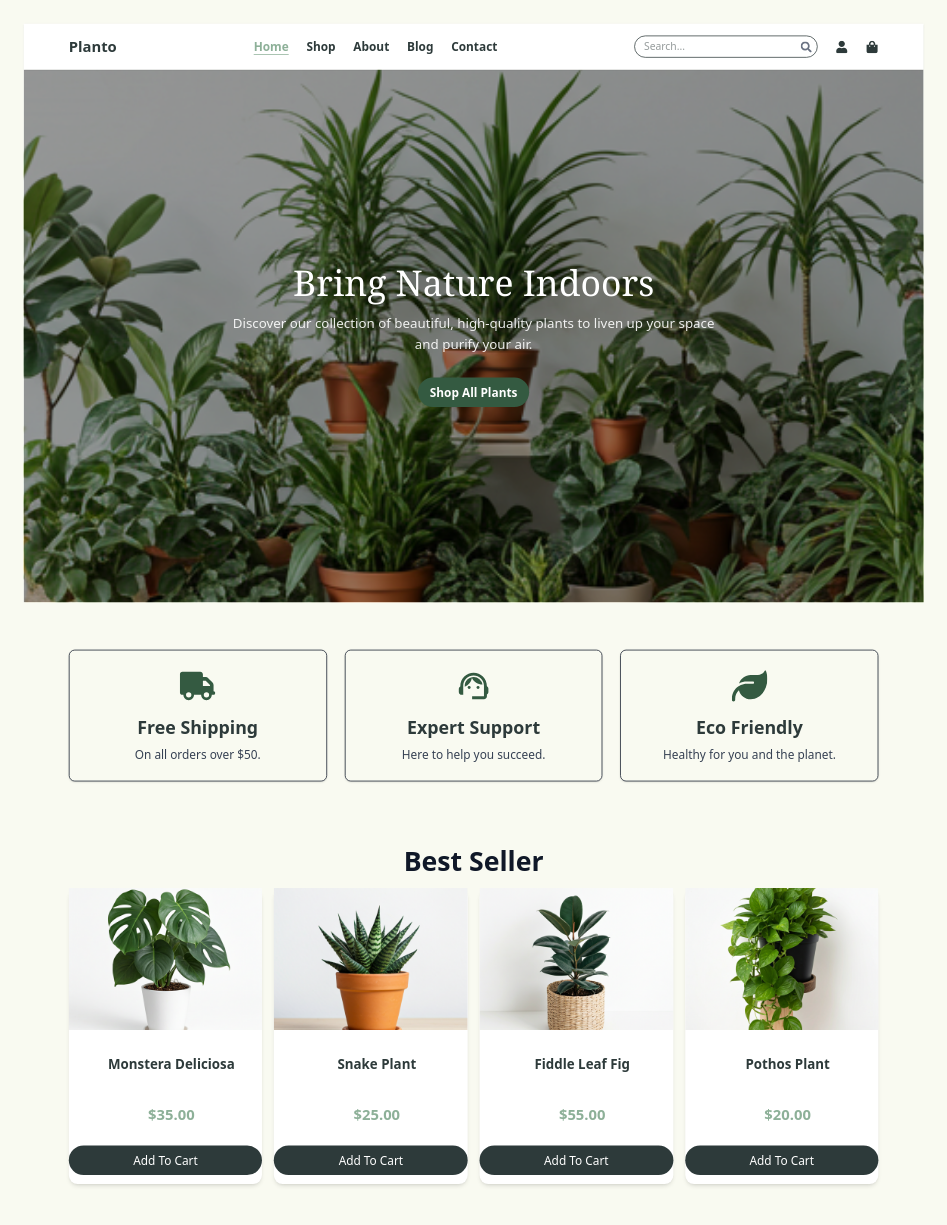
Repository: mazenessam99/Planto
Page: /
The author's editor kept a copy of each file at every save. The page is drawn from the files as they stood at one save, then again after a run of saves.
The browser window is 1280 px wide. The pictures show the whole page, at 74% of full size.
The project was rebuilt for these pictures with package versions that can differ from the ones it lists, and the page was loaded fresh each time. Also part of the build but not shown: vite.config.js.

Above is the page before, as saved 2025-11-22 23:18:14.

### index.html
<!doctype html>
<html lang="en">
  <head>
    <meta charset="UTF-8" />
    <link rel="icon" type="image/svg+xml" href="/vite.svg" />
    <meta name="viewport" content="width=device-width, initial-scale=1.0" />
    <title>plants_website</title>
  </head>
  <body>
    <div id="root"></div>
    <script type="module" src="/src/main.jsx"></script>
  </body>
</html>

### src/index.css
@import "tailwindcss";
@import "tailwindcss/theme" layer(theme);
@theme {
  --color-primary: #2D3A3A;
  --color-forest:#386641;
  --color-green:#345A41;
  --color-secondary: #8DB098;
  --color-Terracotta: #C27357;
  --color-sky:#B0D0D3;
  --font-cairo: "Cairo", sans-serif;
  --spacing-128: 32rem;
}

/* ----- BASE ----- */
@layer base {
  body {
    @apply  bg-[#F9FAF1] text-gray-900;
  }
}

/* ----- COMPONENTS ----- */
@layer components {
  .btn {
    @apply bg-primary text-white px-4 py-2 rounded-full cursor-pointer ;
  }
  .btn-green{
    @apply bg-green ;
  }

  .card {
    @apply bg-white p-6 rounded-xl shadow;
  }

}
/* Scrollbar width */
::-webkit-scrollbar {
  width: 8px;
}

/* Scrollbar track  */
::-webkit-scrollbar-track {
  background: #2D3A3A;
  border-radius: 8px;
}

/* Scrollbar thumb  */
::-webkit-scrollbar-thumb {
  background-color: #8DB098;
  border-radius: 8px;
}

::-webkit-scrollbar-thumb:hover {
  background-color: #789983;
}

.container{
  width:90%;
  margin:0 auto;
}

### src/App.jsx

import './App.css'
import Button from './components/ui/Button'
import Home from './pages/Home'

function App() {


  return (
    <>
      <Home/>


    </>
  )
}

export default App

### src/components/ui/Button.jsx
const Button = ({ children, className = "",variant="", ...props }) => {
    return (
        <button className={`btn btn-${variant} ${className}`} {...props}>
            {children}
        </button>
    )
}

export default Button

### src/pages/Home.jsx
import BestSeller from '../components/layout/BestSeller'
import DeliveryCard from '../components/layout/DeliveryCard'
import Hero from '../components/layout/Hero'
import Navbar from '../components/layout/Navbar'

const Home = () => {
  return (
    <div>
        <Navbar/>
        <Hero/>
        <DeliveryCard/>
        <BestSeller/>
    </div>
  )
}

export default Home

### src/components/layout/BestSeller.jsx
import React from 'react'
import { BESTSELLER_CARDS } from '../../utils/constants';
import ProductCard from '../ui/ProductCard';

const BestSeller = () => {
  return (
    <section className='container py-6'>
        <h2 className="text-4xl text-center font-bold mb-4">Best Seller</h2>
        <div className='grid grid-cols-1 sm:grid-cols-2 lg:grid-cols-4 gap-4'>
            {BESTSELLER_CARDS.map((card,index)=>(
                <ProductCard src={card.src} title={card.title} price={card.price}/>
        ))}
        </div>

    </section>
  )
}

export default BestSeller;

### src/components/layout/DeliveryCard.jsx
import { motion } from "framer-motion";
import { DELIVERY_CARDS } from "../../utils/constants";
import { FaTruck, FaLeaf } from "react-icons/fa6";
import { MdSupportAgent } from "react-icons/md";

const icons = {
  truck: <FaTruck />,
  support: <MdSupportAgent />,
  leaf: <FaLeaf />,
};

const DeliveryCards = () => {
  return (
    <section className="container py-16">
      <div className="grid grid-cols-1 sm:grid-cols-2 lg:grid-cols-3 gap-6">
        {DELIVERY_CARDS.map((card, index) => (
          <div key={card.id} className="flex flex-col items-center justify-center text-center p-6 border rounded-lg shadow hover:shadow-lg  transition">
            <div className="text-5xl text-green">
              {icons[card.icon]}
            </div>
            <h3 className="mt-4 mb-2 font-bold text-xl md:text-2xl text-primary">{card.title}</h3>
            <p className="text-gray-700 ">{card.desc}</p>
          </div>
        ))}

      </div>
    </section>
  );
};

export default DeliveryCards;

### src/components/layout/Hero.jsx
import { motion } from "framer-motion";
import HeroImg from "../../assets/images/Hero.png";
import Button from "../ui/Button";

const Hero = () => {
  return (
    <section
      className="relative h-screen overflow-hidden"
    >

      <motion.div
        className="absolute inset-0 bg-cover bg-center"
        style={{ backgroundImage: `url(${HeroImg})` }}
        animate={{ scale: [1, 1.05, 1] }}
        transition={{ duration: 10, repeat: Infinity, ease: "easeInOut" }}
      />

      {/* Overlay */}
      <div className="absolute inset-0 bg-black/40"></div>

      <div className="relative z-10 flex flex-col items-center justify-center h-full px-4 md:px-0 space-y-4 text-center">
        <motion.h1
          initial={{ y: -20, opacity: 0 }}
          animate={{ y: 0, opacity: 1 }}
          transition={{ duration: 0.8 }}
          className="text-white text-2xl md:text-4xl lg:text-5xl font-serif"
        >
          Bring Nature Indoors
        </motion.h1>

        <motion.h2
          initial={{ y: 20, opacity: 0 }}
          animate={{ y: 0, opacity: 1 }}
          transition={{ duration: 0.8, delay: 0.3 }}
          className="text-white/90 text-sm md:text-base lg:text-lg max-w-2xl font-normal"
        >
          Discover our collection of beautiful, high-quality plants to liven up your space and purify your air.
        </motion.h2>

        <motion.div
          initial={{ scale: 0.8, opacity: 0 }}
          animate={{ scale: 1, opacity: 1 }}
          transition={{ duration: 0.5, delay: 0.6 }}
        >
          <Button className="btn-green font-bold mt-4">Shop All Plants</Button>
        </motion.div>
      </div>
    </section>
  );
};

export default Hero;

### src/components/layout/Navbar.jsx
import { useState } from "react";
import { NavLink } from "react-router-dom";
import { NAVBAR_LINKS } from "../../utils/constants";
import { FaBars, FaSearch, FaUser, FaShoppingBag } from "react-icons/fa";
import { IoClose } from "react-icons/io5";
import { motion, AnimatePresence } from "framer-motion";

const Navbar = () => {
    const [menuOpen, setMenuOpen] = useState(false);

    return (
        <nav className="bg-white shadow sticky top-0 z-50 ">
            <div className="container flex justify-between items-center py-4">
                {/* Logo */}
                <a href="/" className="text-primary text-xl font-bold">Planto</a>

                {/* Desktop Links */}
                <ul className="hidden md:flex gap-6 items-center">
                    {NAVBAR_LINKS.map((link) => (
                        <li key={link.id}>
                            <NavLink
                                to={link.path}
                                className={({ isActive }) =>
                                    `text-primary font-semibold transition hover:text-secondary
                                ${isActive ? "text-secondary underline underline-offset-4" : ""}`
                                }
                            >
                                {link.label}
                            </NavLink>
                        </li>
                    ))}
                </ul>

                {/* Desktop Icons + Search */}
                <div className="hidden md:flex gap-6 items-center text-primary">
                    {/* Search input */}
                    <div className="relative">
                        <input
                            type="text"
                            placeholder="Search..."
                            className="border rounded-full pl-3 pr-8 py-1 text-sm focus:outline-none focus:ring-2 focus:ring-secondary"
                        />
                        <FaSearch size={15} className="absolute right-2 top-2 text-gray-500" />
                    </div>

                    <FaUser size={17} className="cursor-pointer hover:text-secondary" />
                    <FaShoppingBag size={17} className="cursor-pointer hover:text-secondary" />
                </div>

                {/* Mobile menu button */}
                <button
                    className="md:hidden text-primary"
                    onClick={() => setMenuOpen(true)}
                    aria-label="Open menu"
                    aria-expanded={menuOpen}
                >
                    <FaBars size={22} />
                </button>
            </div>

            {/* Mobile overlay + drawer (AnimatePresence for exit animation) */}
            <AnimatePresence>
                {menuOpen && (
                    <motion.div
                        className="md:hidden fixed inset-0 z-40"
                        initial={{ opacity: 0 }}
                        animate={{ opacity: 1 }}
                        exit={{ opacity: 0 }}
                        onClick={() => setMenuOpen(false)}
                    >
                        {/* Drawer */}
                        <motion.div
                            className="bg-white w-72 h-full shadow-lg p-6"
                            initial={{ x: "-100%" }}
                            animate={{ x: 0 }}
                            exit={{ x: "-100%" }}
                            transition={{ type: "linear", duration: 0.4 }}
                            onClick={(e) => e.stopPropagation()}
                        >
                            {/* Close */}
                            <div className="flex justify-between items-center mb-6">
                                <a href="/" className="text-lg font-bold text-primary">Planto</a>
                                <button onClick={() => setMenuOpen(false)} aria-label="Close menu">
                                    <IoClose size={26} className="text-primary" />
                                </button>
                            </div>

                            {/* Mobile Search */}
                            <div className="mb-4">
                                <div className="relative">
                                    <input
                                        type="text"
                                        placeholder="Search..."
                                        className="w-full border rounded-full pl-3 pr-8 py-2 text-sm focus:outline-none focus:ring-2 focus:ring-secondary"
                                    />
                                    <FaSearch size={15} className="absolute right-3 top-3 text-gray-500" />
                                </div>
                            </div>

                            {/* Links */}
                            <ul className="flex flex-col gap-4 text-primary font-semibold">
                                {NAVBAR_LINKS.map((link) => (
                                    <li key={link.id}>
                                        <NavLink
                                            to={link.path}
                                            onClick={() => setMenuOpen(false)}
                                            className={({ isActive }) =>
                                                `block py-2 ${isActive ? "text-secondary" : ""}`
                                            }
                                        >
                                            {link.label}
                                        </NavLink>
                                    </li>
                                ))}
                            </ul>

                            {/* Icons */}
                            <div className="flex gap-4 mt-6 text-primary">
                                <FaUser size={18} />
                                <FaShoppingBag size={18} />
                            </div>
                        </motion.div>
                    </motion.div>
                )}
            </AnimatePresence>
        </nav>
    );
};

export default Navbar;

### src/utils/constants.js
import img1 from "../../src/assets/images/Featured_1.png";
import img2 from "../../src/assets/images/Featured_2.png";
import img3 from "../../src/assets/images/Featured_3.png";
import img4 from "../../src/assets/images/Featured_4.png";
// Navbar_Links
export const NAVBAR_LINKS = [
    { id: 1, label: 'Home', path: '/' },
    { id: 2, label: 'Shop', path: '/shop' },
    { id: 3, label: 'About', path: '/about' },
    { id: 4, label: 'Blog', path: '/blog' },
    { id: 5, label: 'Contact', path: '/contact' },
];

// Delivery_Cards
export const DELIVERY_CARDS = [
    { id: 1, icon: "truck", title: "Free Shipping", desc: "On all orders over $50." },
    { id: 2, icon: "support", title: "Expert Support", desc: "Here to help you succeed." },
    { id: 3, icon: "leaf", title: "Eco Friendly", desc: "Healthy for you and the planet." },
];

// BESTSELLER_CARDS
export const BESTSELLER_CARDS=[
    {id:1,src:img1,title:'Monstera Deliciosa',price:'$35.00'},
    {id:2,src:img2,title:'Snake Plant',price:'$25.00'},
    {id:3,src:img3,title:'Fiddle Leaf Fig',price:'$55.00'},
    {id:4,src:img4,title:'Pothos Plant',price:'$20.00'}
]

### src/components/ui/ProductCard.jsx
import Button from "./Button";

const ProductCard = ({src,title,price,showButton=true,buttonText='Add To Cart'}) => {
  return (
    <div className="bg-white rounded-xl shadow-md flex flex-col hover:shadow-xl transition-all">
      <div className="w-full h-48 overflow-hidden ">
        <img src={src} className="w-full h-full object-cover hover:scale-105 transition" alt={title}/>
      </div>
      <h3 className="mt-4 ms-4 p-4 text-lg font-semibold text-primary">{title}</h3>
      <p className="mt-2 ms-4  p-4 font-bold text-xl text-secondary">{price}</p>
      {showButton&&(
        <Button className="my-3 ">
          {buttonText}
        </Button>
      )}

    </div>
  )
}

export default ProductCard;

Loaded but not shown: src/main.jsx (common file); src/App.css (common file)

After the next 7 saves:
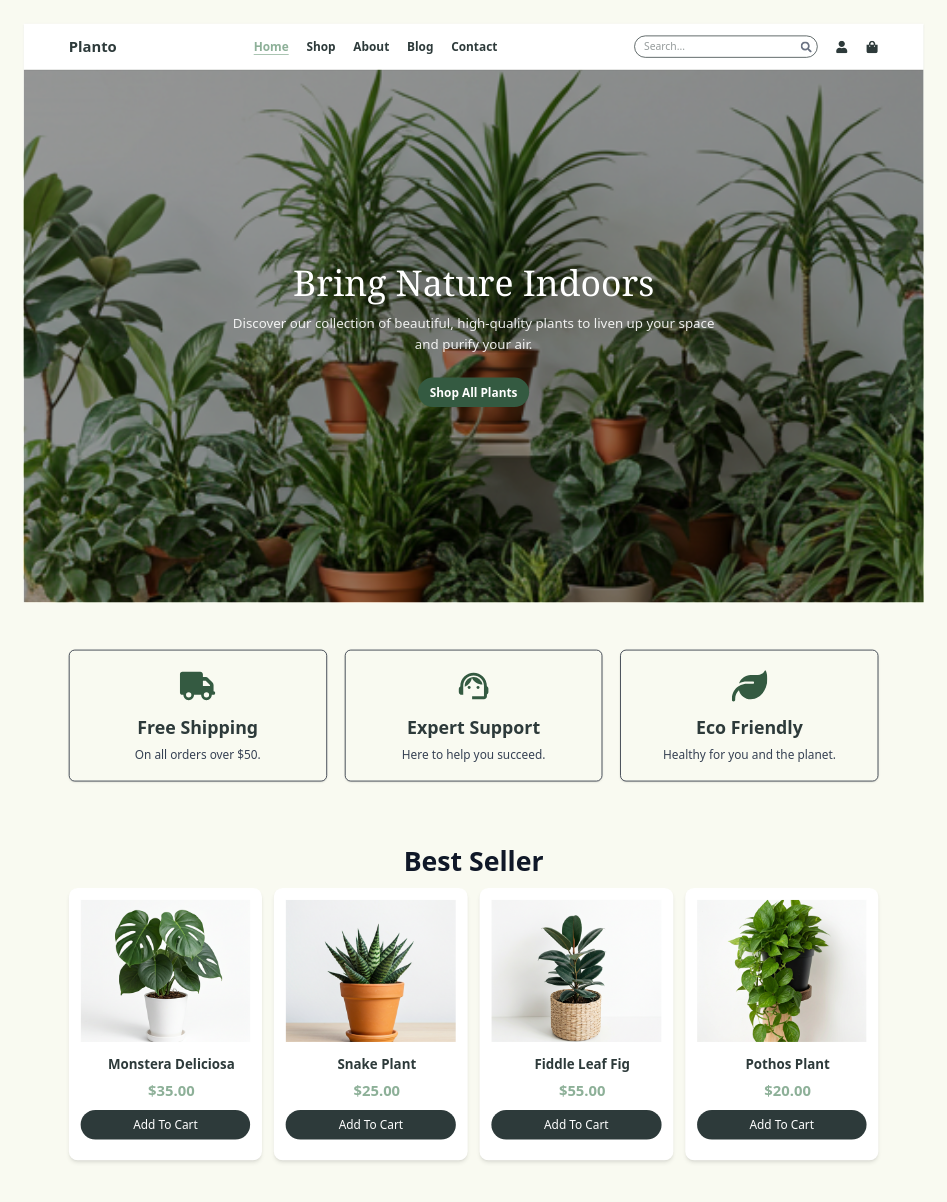
The 7 saves are shown as one change because they came seconds apart.
The last was saved 28 s later.
--- a/src/components/ui/ProductCard.jsx
+++ b/src/components/ui/ProductCard.jsx
@@ -2,12 +2,12 @@ import Button from "./Button";
 
 const ProductCard = ({src,title,price,showButton=true,buttonText='Add To Cart'}) => {
   return (
-    <div className="bg-white rounded-xl shadow-md flex flex-col hover:shadow-xl transition-all">
+    <div className="bg-white rounded-xl p-4 shadow-md flex flex-col hover:shadow-xl transition-all">
       <div className="w-full h-48 overflow-hidden ">
         <img src={src} className="w-full h-full object-cover hover:scale-105 transition" alt={title}/>
       </div>
-      <h3 className="mt-4 ms-4 p-4 text-lg font-semibold text-primary">{title}</h3>
-      <p className="mt-2 ms-4  p-4 font-bold text-xl text-secondary">{price}</p>
+      <h3 className="mt-4 ms-4 text-lg font-semibold text-primary">{title}</h3>
+      <p className="mt-2 ms-4 font-bold text-xl text-secondary">{price}</p>
       {showButton&&(
         <Button className="my-3 ">
           {buttonText}
